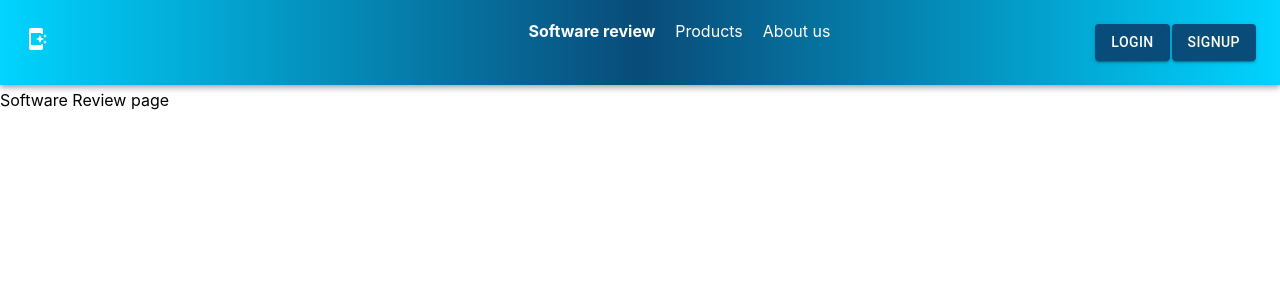
Repository: Alaa-M1/phoenix-products-reactjs-mui
Page: /
An editor plug-in stored every save of this project. The page is shown before and after the next save, followed by the edit.
The browser window is 1280 px wide. The pictures show the whole page.
The project was rebuilt for these pictures with package versions that can differ from the ones it lists, and the page was loaded fresh each time. Also part of the build but not shown: src/App.css, src/pages/Products/index.tsx, src/pages/AboutUs/index.tsx.

Above is the page before, as saved 2023-04-18 21:02:33.

After the next save:
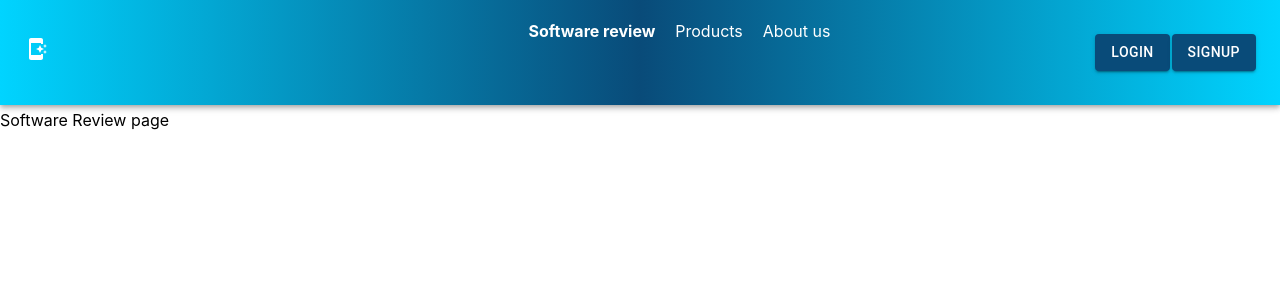
Saved 32 s later.
--- a/src/shared/StyledNav.tsx
+++ b/src/shared/StyledNav.tsx
@@ -4,7 +4,7 @@ const StyledNav = styled.nav`
 padding: 5px;
 display: flex;
 margin-bottom: 10px;
-height: 65px;
+height: 85px;
 ul {
   display: inline-block;
   width: auto;
